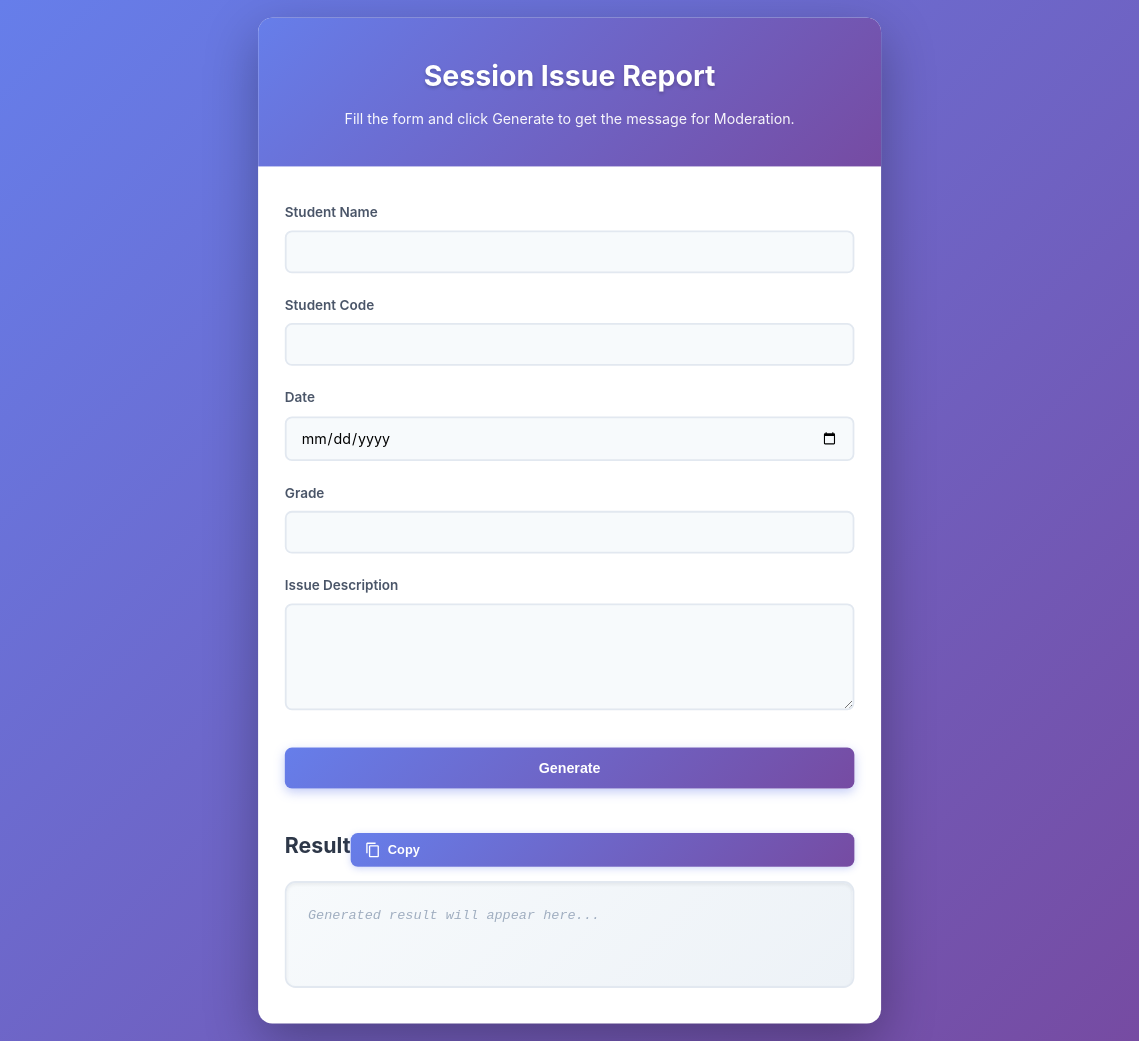
Repository: shklala/feedback-creator
Page: index.html
These files come from the project's save history. The page is drawn as it stood at one moment and after the next save; the edit follows.
The browser window is 1280 px wide. The pictures show the whole page, at 89% of full size.

Above is the page before, as saved 2025-11-15 18:51:37.

After the next save:
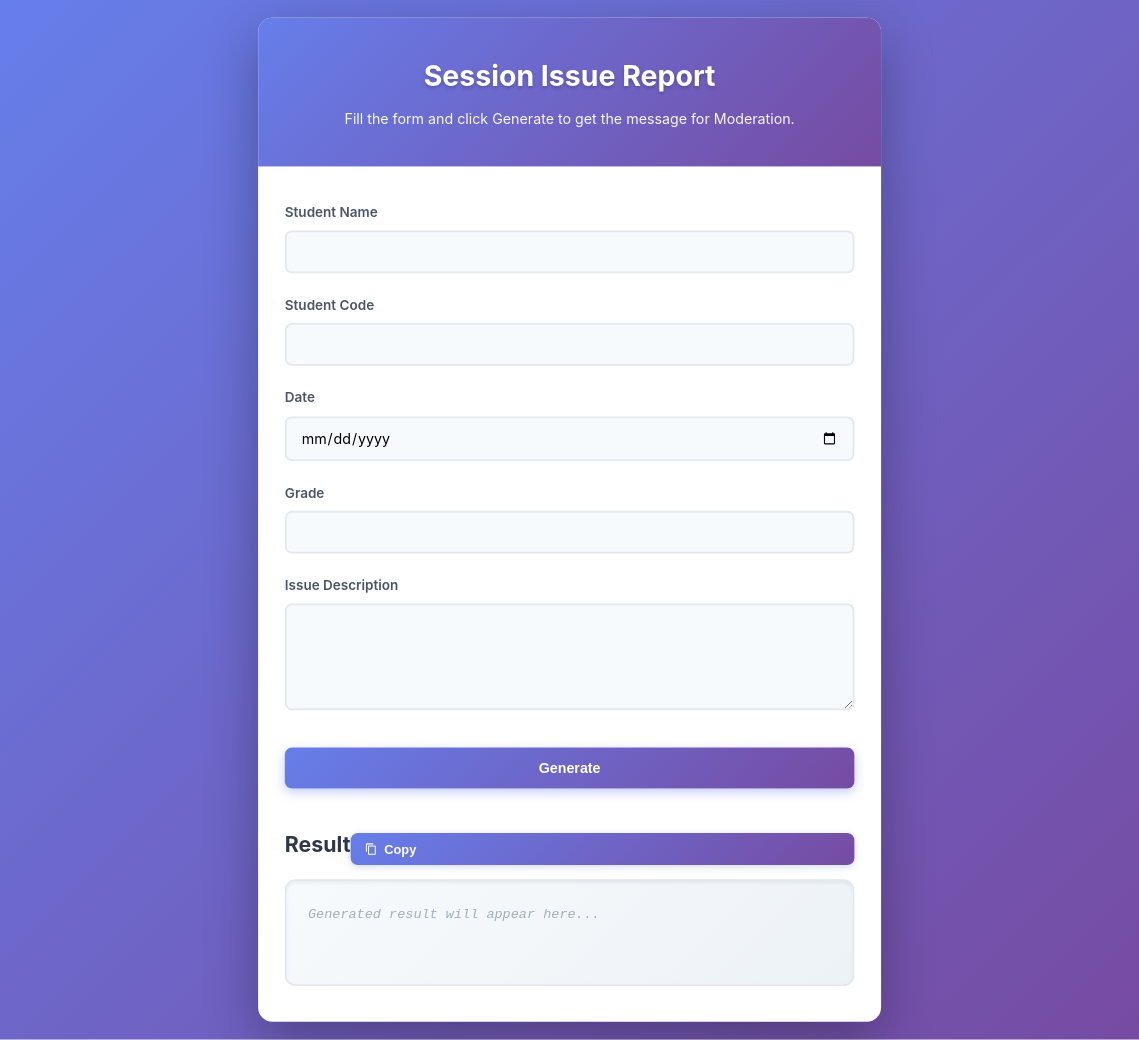
Saved 47 s later.
--- a/index.html
+++ b/index.html
@@ -169,8 +169,8 @@
         }
 
         .copy-icon {
-            width: 18px;
-            height: 18px;
+            width: 14px;
+            height: 14px;
             fill: currentColor;
         }
 
